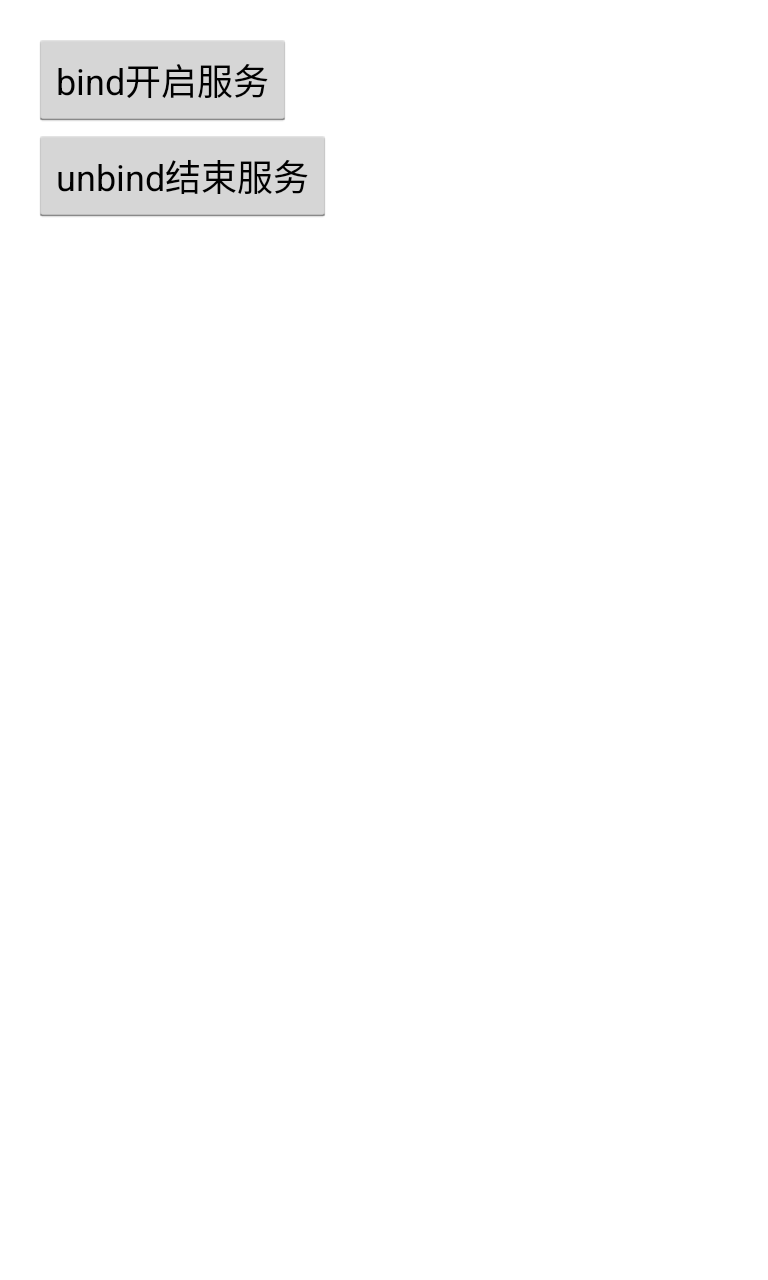
Repository: nickof/study
Layout: Android/itheima/day12服务/代码/Day12_04_bindService开启服务/res/layout/activity_main.xml
An editor plug-in stored every save of this project. The layout is shown before and after the next save, followed by the edit.
It is drawn on a 768 x 1280 px phone screen (xhdpi) without system bars, with theme AppTheme; the app's code is not run.

Above is the layout before, as saved 2016-09-20 06:40:28.

### Android/itheima/day12服务/代码/Day12_04_bindService开启服务/res/layout/activity_main.xml
<LinearLayout xmlns:android="http://schemas.android.com/apk/res/android"
    xmlns:tools="http://schemas.android.com/tools"
    android:layout_width="match_parent"
    android:layout_height="match_parent"
    android:paddingBottom="@dimen/activity_vertical_margin"
    android:paddingLeft="@dimen/activity_horizontal_margin"
    android:paddingRight="@dimen/activity_horizontal_margin"
    android:paddingTop="@dimen/activity_vertical_margin"
    android:orientation="vertical"
    tools:context=".MainActivity" >

    <Button
        android:layout_width="wrap_content"
        android:layout_height="wrap_content"
        android:onClick="start"
        android:text="bind开启服务" />
     <Button
        android:layout_width="wrap_content"
        android:layout_height="wrap_content"
        android:onClick="stop"
        android:text="unbind结束服务" />

</LinearLayout>

Loaded but not shown: Android/itheima/day12服务/代码/Day12_04_bindService开启服务/res/values/styles.xml (common file); Android/itheima/day12服务/代码/Day12_04_bindService开启服务/res/values-v11/styles.xml (common file); Android/itheima/day12服务/代码/Day12_04_bindService开启服务/res/values-v14/styles.xml (common file); Android/itheima/day12服务/代码/Day12_04_bindService开启服务/res/values/dimens.xml (common file)

After the next save:
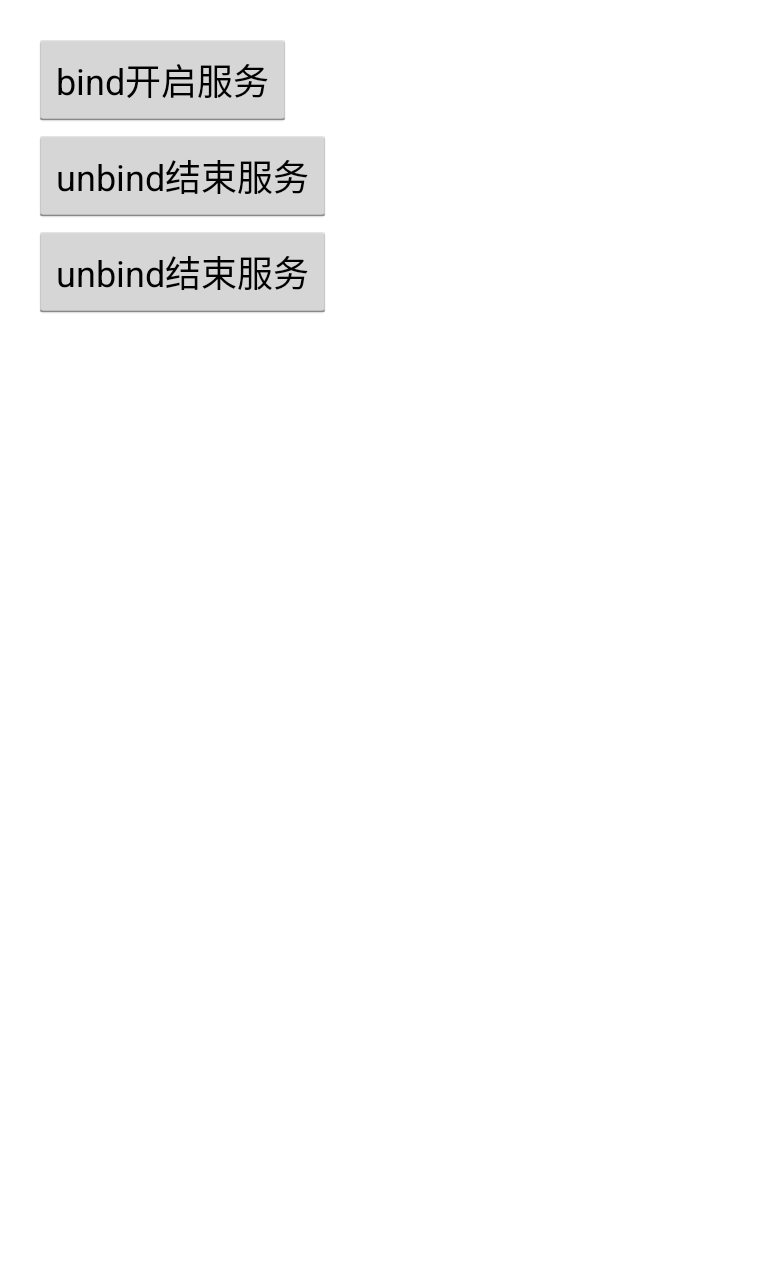
Saved 2 min 41 s later.
--- a/Android/itheima/day12服务/代码/Day12_04_bindService开启服务/res/layout/activity_main.xml
+++ b/Android/itheima/day12服务/代码/Day12_04_bindService开启服务/res/layout/activity_main.xml
@@ -19,5 +19,10 @@
         android:layout_height="wrap_content"
         android:onClick="stop"
         android:text="unbind结束服务" />
+      <Button
+        android:layout_width="wrap_content"
+        android:layout_height="wrap_content"
+        android:onClick="callServiceMethod"
+        android:text="unbind结束服务" />
 
 </LinearLayout>
